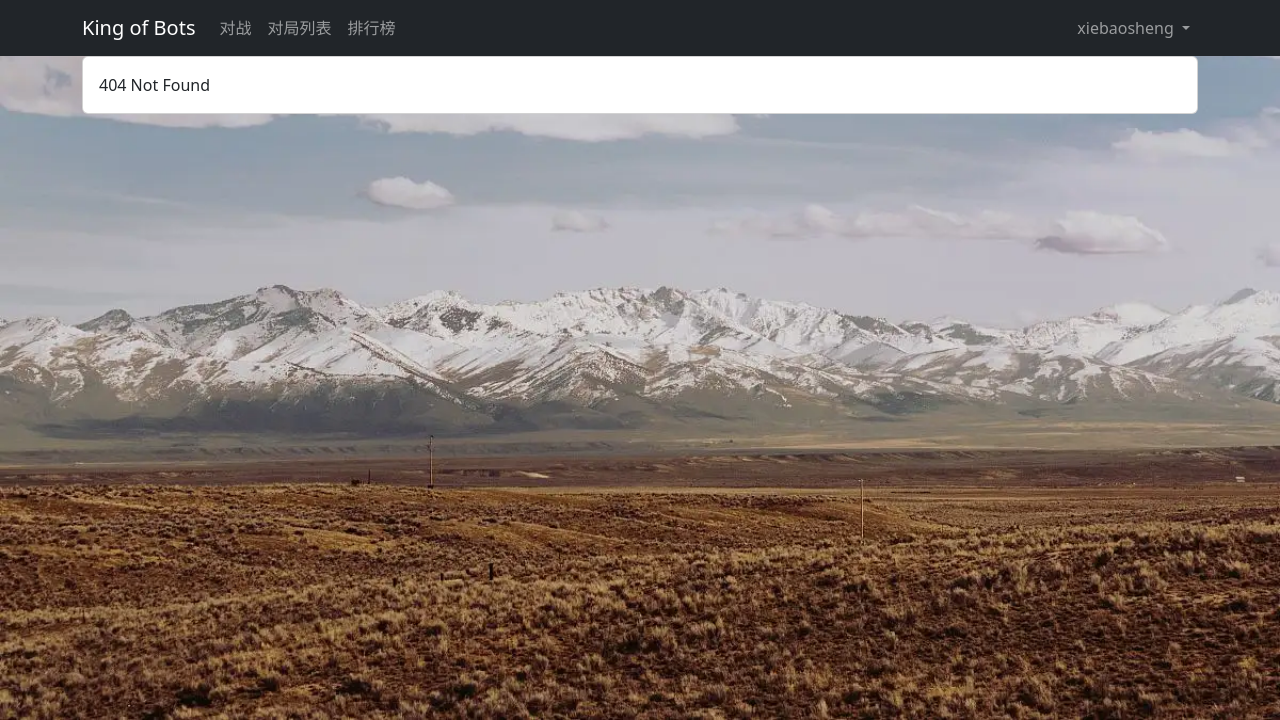
Repository: XieBaosheng/kob
Page: /404 (app in web/)
The author's editor kept a copy of each file at every save. The page is drawn from the files as they stood at one save, then again after the next save.
The browser window is 1280 px wide. The pictures show the whole page.
The project was rebuilt for these pictures with package versions that can differ from the ones it lists, and the page was loaded fresh each time. Also part of the build but not shown: web/vue.config.js, web/src/views/pk/PkIndexView.vue, web/src/views/record/RecordIndexView.vue, web/src/views/ranklist/RanklistIndexView.vue, web/src/views/user/bot/UserBotIndexView.vue. Imported but missing from the stored project, and not drawn on this page: web/src/components/PlayGround.

Above is the page before, as saved 2024-05-26 21:09:34.

After the next save:
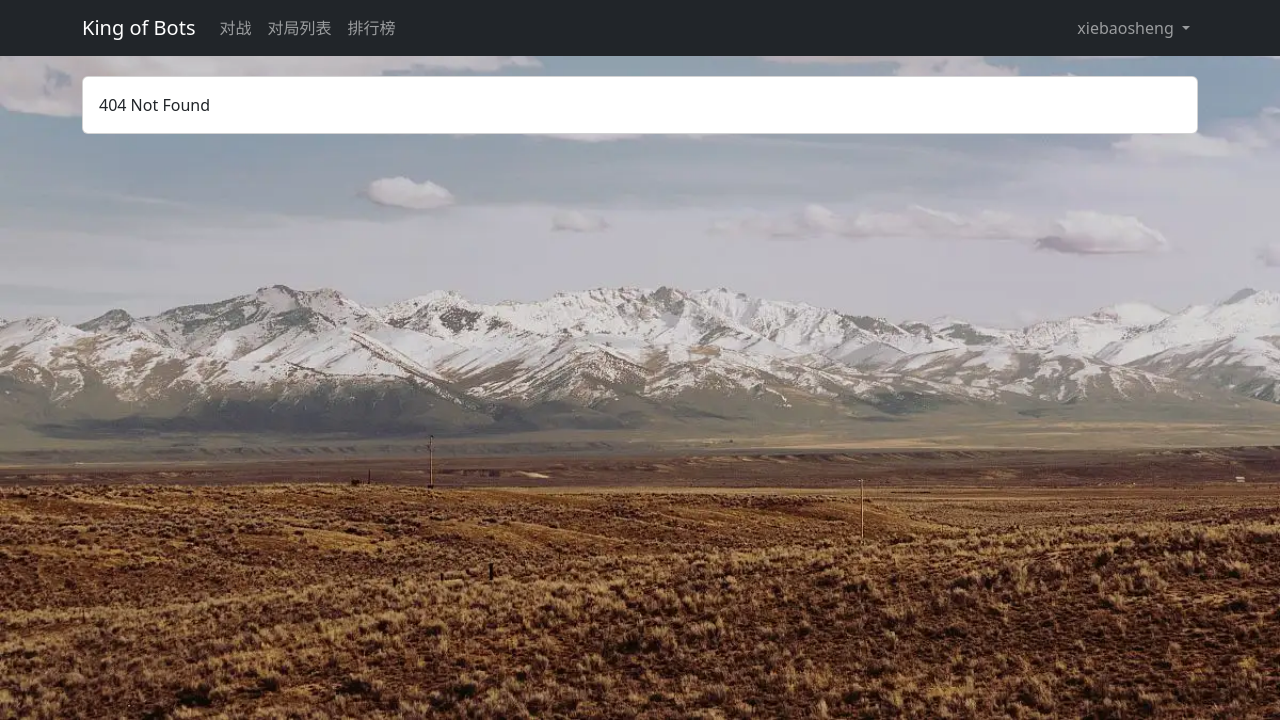
Saved 116 s later.
--- a/web/src/components/ContentField.vue
+++ b/web/src/components/ContentField.vue
@@ -1,5 +1,5 @@
 <template>
-    <div class="container">
+    <div class="container content-field">
         <div class="card">
             <div class="card-body">
                 <slot></slot>
@@ -12,4 +12,7 @@
 </script>
 
 <style scoped>
+div.content-field {
+    margin-top : 20px;
+}
 </style>
